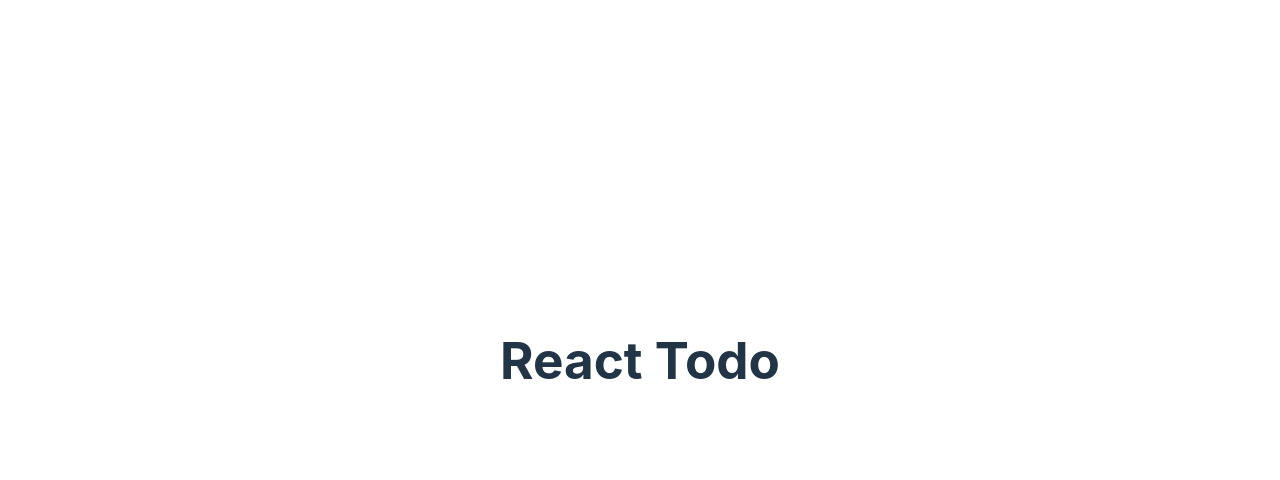
Repository: feyroozecode/React-Todo
Page: /
An editor plug-in stored every save of this project. The page is shown before and after the next save, followed by the edit.
The browser window is 1280 px wide. The pictures show the whole page.
The project was rebuilt for these pictures with package versions that can differ from the ones it lists, and the page was loaded fresh each time. Also part of the build but not shown: vite.config.js, src/components/add_field.jsx.

Above is the page before, as saved 2023-09-21 10:24:05.

### src/App.jsx
import { useState } from 'react'

import './App.css'
import './components/add_field'

export default function App() {

  const todos = useState([])


  return (
    <>
      <div>
        <center> <h1> React Todo </h1> </center>
      </div>

    <addTodo  />

    <itemsList />

    </>
  )
}


function itemsList(todos) {
  todos.map((todo, index) =>{
   <ul>
     <li key={index}>
      { todo.text }
    </li>
   </ul>
  })
}

function addToList(todo) {

}

Loaded but not shown: index.html (common file); src/main.jsx (common file); src/index.css (common file); src/App.css (common file)

After the next save:
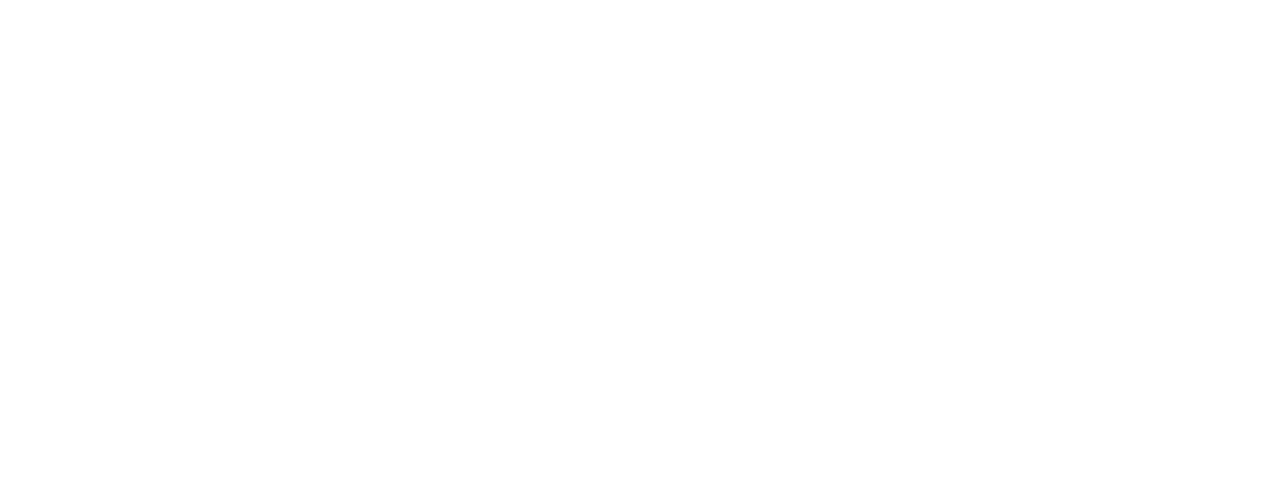
Console error: ReferenceError: input is not defined
Saved 23 s later.
--- a/src/App.jsx
+++ b/src/App.jsx
@@ -14,7 +14,18 @@
         <center> <h1> React Todo </h1> </center>
       </div>
 
-    <addTodo  />
+      <div>
+              <input
+                type="text"
+                placeholder='Enter a text'
+                value={input}
+                onChange={handleInputChange}
+                />
+
+                <p>
+                  Vous avez entrer <strong> { input } </strong>
+                </p>
+            </div>
 
     <itemsList />
 

After the 2 saves that followed:
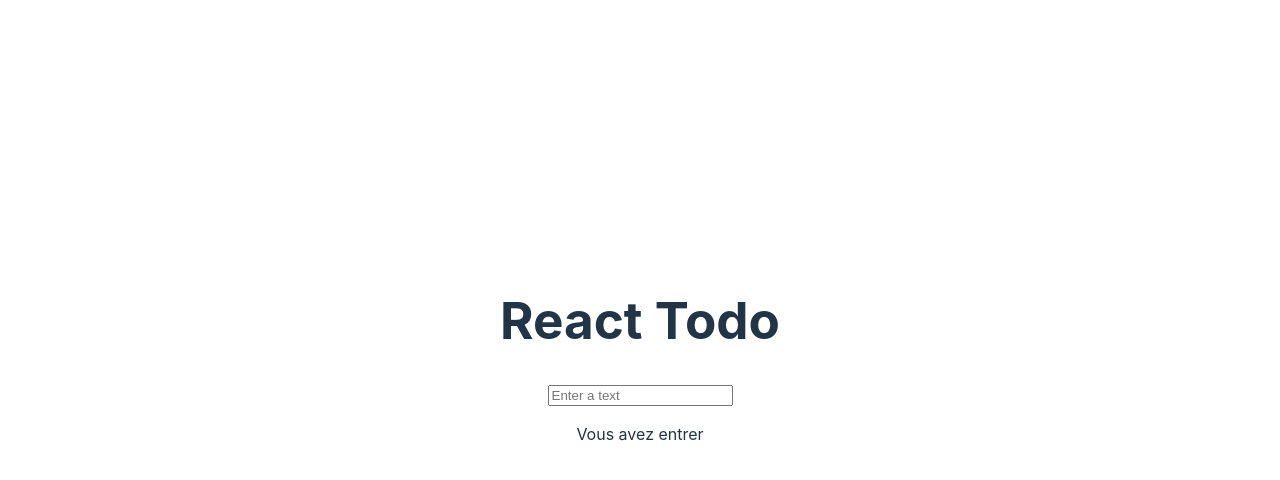
The error is gone.
The 2 saves are shown as one change because they came seconds apart.
The last was saved 14 s later.
--- a/src/App.jsx
+++ b/src/App.jsx
@@ -6,7 +6,12 @@
 export default function App() {
 
   const todos = useState([])
+  const [input, setInput] = useState('')
 
+
+  const handleInputChange = (e) =>  {
+    setInput(e.target.value)
+  }
 
   return (
     <>
